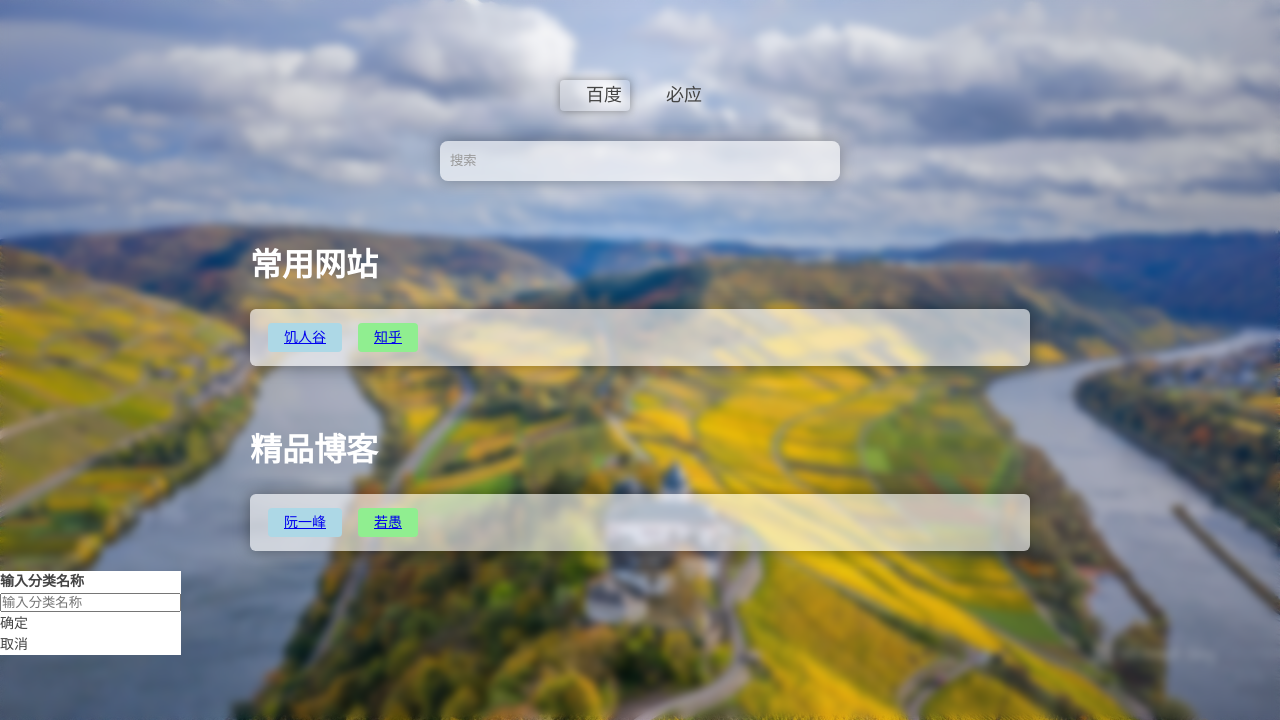
Repository: zkhiscool/PersonPage
Page: index.html
The author's editor kept a copy of each file at every save. The page is drawn from the files as they stood at one save, then again after the next save.
The browser window is 1280 px wide. The pictures show the whole page.

Above is the page before, as saved 2023-07-21 12:03:15.

### index.html
<!DOCTYPE html>
<html lang="en">

<head>
    <meta charset="UTF-8">
    <meta name="viewport" content="width=device-width, initial-scale=1.0">
    <title>Document</title>
    <script src="//at.alicdn.com/t/c/font_4154315_rbz2c3ka0md.js"></script>
    <script src="//at.alicdn.com/t/c/font_4177456_26hgdqu1m2a.js"></script>
    <link rel="stylesheet" href="css/style.css">
</head>

<body class="preview">
    <div id="page">
        <section id="search">
            <div class="search-type">
                <div data-type="baidu" class="search-tab tab-baidu active">
                    <svg class="icon" aria-hidden="true">
                        <use xlink:href="#icon-baidu"></use>
                    </svg>百度
                </div>
                <div data-type="bing" class="search-tab tab-bing">
                    <svg class="icon" aria-hidden="true">
                        <use xlink:href="#icon-weiruan"></use>
                    </svg>必应
                </div>
            </div>
            <div class="search-input input">
                <input type="text" placeholder="搜索">
                <svg class="icon icon-search" aria-hidden="true">
                    <use xlink:href="#icon-search"></use>
                </svg>
            </div>
        </section>
        <section id="websites">
            <ul class="list">
                <li class="item">
                    <h2>常用网站</h2>
                    <ul class="panel">
                        <li class="tag ">百度</li>
                        <li class="tag ">知乎</li>
                    </ul>
                </li>

                <li class="item">
                    <h2>常用网站</h2>
                    <ul class="panel">
                        <li class="tag ">百度</li>
                        <li class="tag ">知乎</li>
                    </ul>
                </li>
            </ul>
            <div class="puls">
                <svg class="icon icon-puls" aria-hidden="true">
                    <use xlink:href="#icon-plus"></use>
                </svg>
            </div>
        </section>

    </div>
    <div id="setting">
        <svg class="icon icon-setting" aria-hidden="true">
            <use xlink:href="#icon-setting"></use>
        </svg>
        <svg class="icon icon-back" aria-hidden="true">
            <use xlink:href="#icon-back"></use>
        </svg>
    </div>
    <div class="modal modal-1">
        <h4>输入分类名称</h4>
        <div class="field">
            <input type="text" placeholder="输入分类名称">
        </div>
        <div class="button">确定</div>
        <div class="button">取消</div>
    </div>
    <script src="js/main.js"></script>
    <script>
        //百度 = 'https://www.baidu.com/s?wd=' + '饥人谷'
        //bing= https://cn.bing.com/search?q=' + '饥人谷'
    </script>
</body>

</html>

### css/style.css
* {
    margin: 0;
    padding: 0;
    box-sizing: border-box;
}

ul,
li {
    list-style: none;
}

body {
    /* 字体大小14，行高1.5 */
    font: 14px/1.5 Arial, Helvetica, sans-serif;
    color: #444;
    background: linear-gradient(to right, rgba(0, 0, 0, 0.2), rgba(0, 0, 0, 0), rgba(0, 0, 0, 0.2)),
        url(../images/2.jpg)center center no-repeat;
    background-size: cover;
    /* 窗口的高度 */
    min-height: 100vh;
    /* 背景色模糊 */
    padding-bottom: 60px;
    backdrop-filter: blur(4px);
}

/* 图标库默认样式 */
.icon {
    width: 1em;
    height: 1em;
    vertical-align: -0.15em;
    fill: currentColor;
    overflow: hidden;
    cursor: pointer;
}

#page {
    max-width: 820px;
    margin: 0 auto;
    padding: 20px;
    /* overflow: hidden; */
}

#setting {
    position: fixed;
    left: 30px;
    top: 30px;
    color: #fff;
}

body.preview .icon-back {
    display: none;
}

body.preview .icon-setting {
    display: block;
}

body.setting .icon-back {
    display: block;
}

body.setting .icon-setting {
    display: none;
}

#setting .icon {
    width: 30px;
    height: 30px;
}

#search {
    display: flex;
    flex-direction: column;
    align-items: center;
    margin-top: 60px;

}

.search-type {
    display: flex;
}

.search-tab {
    padding: 2px 8px;
    margin-right: 10px;
    border-radius: 4px;
    font-size: 18px;
    cursor: pointer;
}

.search-tab.active {
    box-shadow: 0 0 8px rgba(0, 0, 0, 0.4);
}

.search-input {
    position: relative;
    margin-top: 30px;
    border-radius: 8px;
    overflow: hidden;
    background-color: rgba(255, 255, 255, 0.6);
    box-shadow: 0 0 16px 0 rgba(0, 0, 0, 0.3);
}

.search-input .icon {
    position: absolute;
    right: 6px;
    top: 50%;
    transform: translateY(-50%);
    z-index: 1;
    width: 30px;
    height: 20px;
    cursor: pointer;
}

.search-input>input {
    width: 400px;
    padding: 0 30px 0 10px;
    line-height: 40px;
    border: none;
    outline: none;
    color: #666;
    background-color: transparent;
    transition: all .3s;
}

/* .search-input>input:focus {
    width: 780px;
} */

.search-input>input::placeholder {
    color: #999;
}

#websites .item {
    margin-top: 60px;

}

#websites .list h2 {
    color: #fff;
    font-size: 32px;
}

#websites .panel {
    display: flex;
    flex-wrap: wrap;
    background-color: rgba(255, 255, 255, 0.6);
    border-radius: 6px;
    padding: 10px;
    margin-top: 20px;
    box-shadow: 0 0 16px 0 rgba(0, 0, 0, 0.4);
}

#websites .tag {
    border-radius: 4px;
    padding: 4px 16px;
    margin: 4px 8px;
    background-color: lightblue;

}

#websites .tag:nth-child(odd) {
    background-color: lightblue;
}

#websites .tag:nth-child(even) {
    background-color: lightgreen;
}

.puls {
    align-items: center;
    justify-content: center;
    margin-top: 30px;
}

body.setting .puls {
    display: flex;
}

body.preview .puls {
    display: none;
}

.puls .icon {
    width: 60px;
    height: 60px;
    color: #fff;
}

.modal {
    position: fixed;
    max-width: 600px;
    background-color: #fff;

}

### js/main.js
const $ = s => document.querySelector(s)
const $$ = s => document.querySelectorAll(s)
const searchMap = {
    'baidu': 'https://www.baidu.com/s?wd=',
    'bing': 'https://cn.bing.com/search?q='
}
let searchType = 'baidu'
let PageStatus = 'setting'
//切换浏览器的样式
$$('.search-tab').forEach($tab => {
    $tab.onclick = function () {
        // 给每个搜索去掉class
        $$('.search-tab').forEach($tab => $tab.classList.remove('active'))
        this.classList.add('active')
        // data-xxx这种带 “-”的自定义属性，有默认dataset方法
        searchType = this.dataset.type
    }
});

//监听键盘按下
document.onkeyup = function (e) {
    if (e.key === 'Enter') {
        search()
    }
}

$('.icon-search').onclick = search

$('.icon-setting').onclick = function () {
    PageStatus = 'setting'
    $('body').classList.remove('preview')
    $('body').classList.add('setting')

}
$('.icon-back').onclick = function () {
    PageStatus = 'preview'
    $('body').classList.remove('setting')
    $('body').classList.add('preview')
}
$('.icon-puls').onclick = function () {

}

// 封装搜索
function search() {
    let url = searchMap[searchType] + $('.search-input input').value
    const $link = document.createElement('a')
    $link.setAttribute('href', url)
    $link.setAttribute('target', '_blank')
    $link.click()
}

const data = [
    {
        title: '常用网站',
        data: [
            {
                name: '饥人谷',
                url: 'https://jirengu.com'
            },
            {
                name: '知乎',
                url: 'https://zhihu.com'
            },
        ]
    },
    {
        title: '精品博客',
        data: [
            {
                name: '阮一峰',
                url: 'https://javascript.ruanyifeng.com'
            },
            {
                name: '若愚',
                url: 'https://zhuanlan.zhihu.com/study-fe'
            },
        ]
    },
]
render(data)
/*
    <li class="item">
        <h2>常用网站</h2>
        <ul class="panel">
            <li class="tag "><a href="" target="_blank"></a>百度</li>
            <li class="tag "><a href="" target="_blank"></a>知乎</li>
        </ul>
    </li>
 */
function render(data) {
    const $itemArr = data.map(obj => {
        const $item = document.createElement('li')
        $item.classList.add('item')
        const $h2 = document.createElement('h2')
        $h2.append(obj.title)
        const $ul = document.createElement('ul')
        $ul.classList.add('panel')
        let $liArray = obj.data.map(item => {
            const $tag = document.createElement('li')
            $tag.classList.add('tag')
            const $a = document.createElement('a')
            $a.setAttribute('href', item.url)
            $a.setAttribute('target', '_blank')
            $a.append(item.name)
            $tag.append($a)
            return $tag
        })
        $ul.append(...$liArray)
        $item.append($h2, $ul)
        return $item
    })
    console.log($itemArr);

    $('#websites .list').innerHTML = ''
    $('#websites .list').append(...$itemArr)
}

After the next save:
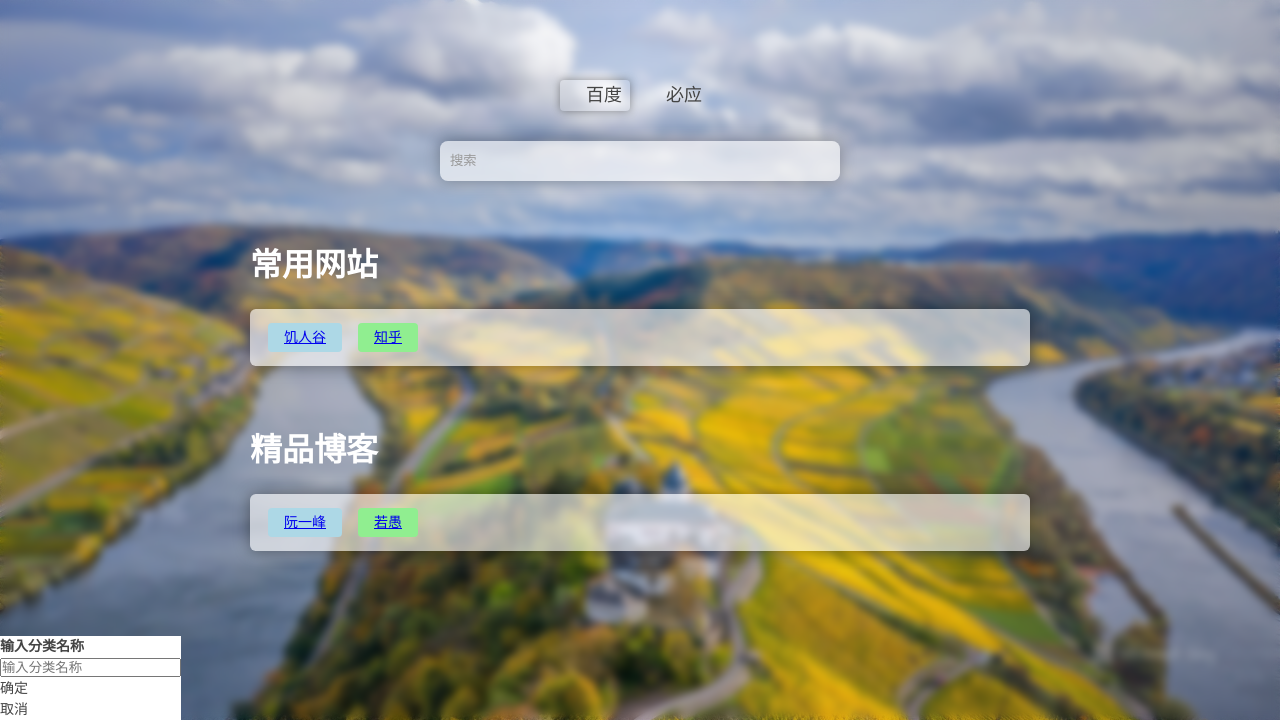
Saved 9 s later.
--- a/css/style.css
+++ b/css/style.css
@@ -189,6 +189,8 @@ body.preview .puls {
 
 .modal {
     position: fixed;
+    bottom: 0;
+    left: 0;
     max-width: 600px;
     background-color: #fff;
 
